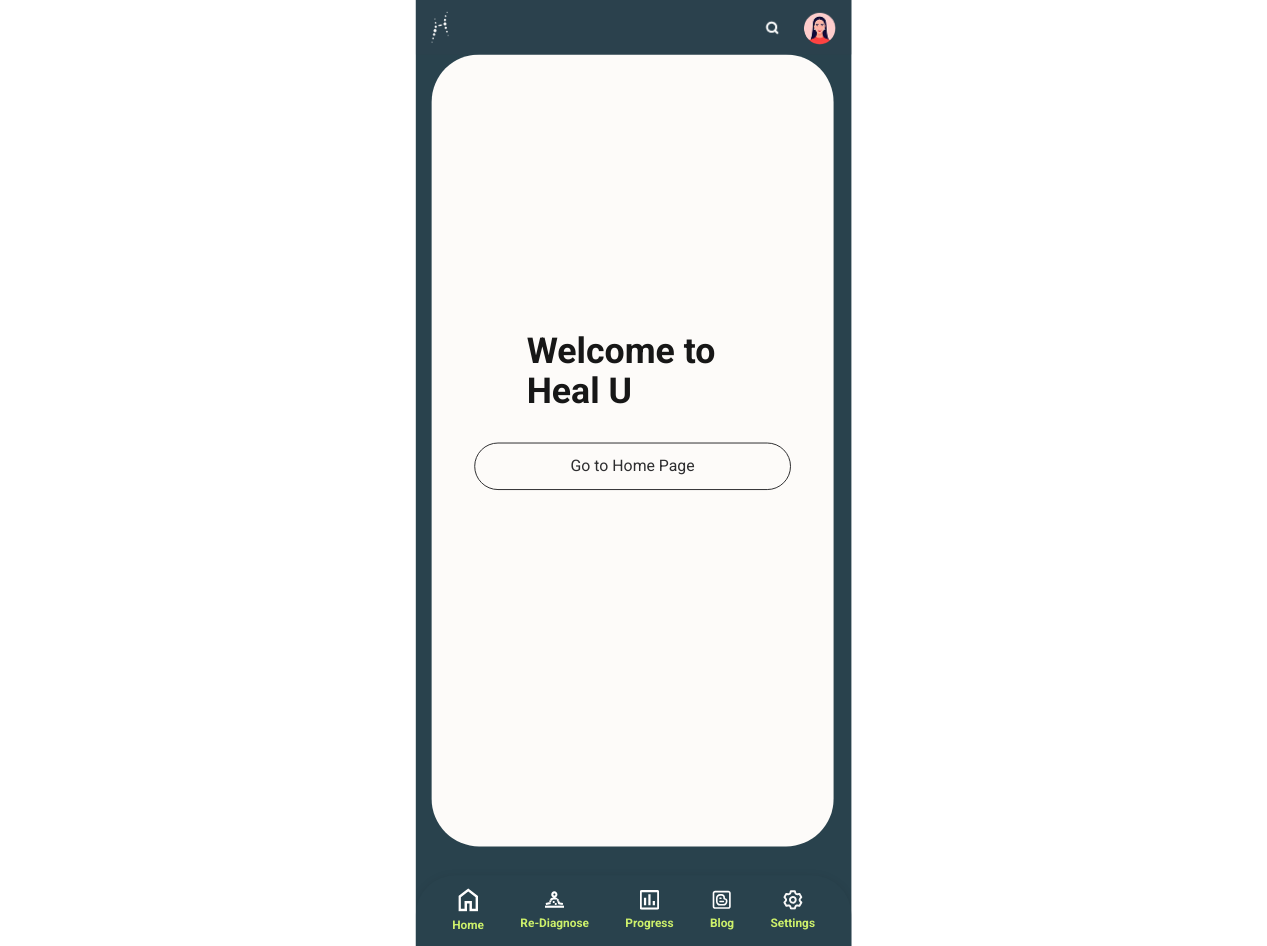
Repository: patcha-d3/heal_u
Page: /
The author's editor kept a copy of each file at every save. The page is drawn from the files as they stood at one save, then again after the next save.
The browser window is 1280 px wide. The pictures show the whole page, at 99% of full size.
The project was rebuilt for these pictures with package versions that can differ from the ones it lists, and the page was loaded fresh each time. The framework's server and built-in components were replaced by stand-ins that run in the browser. Also part of the build but not shown: next.config.js, next.config.mjs.

Above is the page before, as saved 2025-05-08 11:16:21.

### app/layout.js
"use client";

import { Geist, Geist_Mono } from "next/font/google";
import { Roboto } from "next/font/google";
import "./globals.css";
import { usePathname } from "next/navigation";

import Bottomnav from "../ui/Bottomnav/Bottomnav";
import TopNav from "../ui/Topnav/Topnav";

const geistSans = Geist({
	variable: "--font-geist-sans",
	subsets: ["latin"],
});

const geistMono = Geist_Mono({
	variable: "--font-geist-mono",
	subsets: ["latin"],
});

const roboto = Roboto({
	weight: ["300", "400", "500", "700"],
	subsets: ["latin"],
	display: "swap",
});

export default function RootLayout({ children }) {
	const pathname = usePathname();
	const showBottomNav = !pathname?.includes("/onboarding");

	return (
		<html lang='en'>
			<body
				className={`${geistSans.variable} ${geistMono.variable} ${roboto.className} antialiased`}
				suppressHydrationWarning
			>
				<div className='min-h-screen w-full flex items-center justify-center'>
					<div className='w-[440px] h-[956px] relative overflow-hidden flex flex-col bg-[#29424D]'>
						<TopNav />
						<main className='flex-1 overflow-y-auto'>
							<div className='w-[406px] h-[800px] bg-[#FDFBF9] mx-4 mb-4 rounded-[48px]'>
								{children}
							</div>
						</main>
						{showBottomNav && (
							<div className='absolute bottom-0 left-0 right-0'>
								<Bottomnav />
							</div>
						)}
					</div>
				</div>
			</body>
		</html>
	);
}

### app/page.js
"use client";

import React from "react";
import Link from "next/link";
import Button from "../ui/Button/Button";

export default function RootPage() {
	return (
		<main className='flex min-h-screen flex-col items-center justify-center p-24'>
			<h1 className='text-4xl font-bold mb-8'>
				Welcome to Heal U
			</h1>
			<Link href='/home'>
				<Button
					text='Go to Home Page'
					onClick={() => {}}
					fullWidth={false}
					outlined={true}
				/>
			</Link>
		</main>
	);
}

### ui/Bottomnav/Bottomnav.js
"use client";

import React from "react";
import Link from "next/link";
import { usePathname } from "next/navigation";
import styles from "./Bottomnav.module.css";
import Image from "next/image";

const menuItems = [
  { label: "Home", icon: "/icons/home.svg", path: "/" },
  { label: "Re-Diagnose", icon: "/icons/rediagnose.svg", path: "/re-diagnose" },
  { label: "Progress", icon: "/icons/progress.svg", path: "/progress" },
  { label: "Blog", icon: "/icons/blog.svg", path: "/blog" },
  { label: "Settings", icon: "/icons/settings.svg", path: "/settings" },
];

export default function MobileNavbar() {
  const pathname = usePathname();

  return (
    <nav className={styles.navbar}>
      {menuItems.map((item, index) => {
        const isActive = true;

        return (
          <Link href={item.path} key={index} className={styles.link}>
            <div className={styles.button}>
              <div
                className={`${styles.icon} ${
                  isActive ? styles.iconActive : ""
                }`}
              >
                <Image
                  src={item.icon}
                  alt={item.label}
                  width={20}
                  height={20}
                />
              </div>
              <span
                className={`${styles.label} ${
                  isActive ? styles.labelActive : styles.labelInactive
                }`}
              >
                {item.label}
              </span>
            </div>
          </Link>
        );
      })}
    </nav>
  );
}

### ui/Topnav/Topnav.js
"use client";

import React, { useState } from "react";
import styles from "./TopNav.module.css";

export default function TopNav() {
  const [showSearch, setShowSearch] = useState(false);
  const [hasNotification, setHasNotification] = useState(false);

  return (
    <header className={styles.topBar}>
      <a href="/" className={styles.logoContainer}>
        <img src="/logo.png" alt="Logo" className={styles.logoImg} />
      </a>

      <div className={styles.iconContainer}>
        <div className={styles.searchWrapper}>
          {showSearch && (
            <div className={styles.searchBox}>
              <input
                type="text"
                className={styles.searchInput}
                placeholder="Search..."
                autoFocus
              />
            </div>
          )}
          <img
            src="/search.png"
            alt="Search"
            className={`${styles.iconImg} ${showSearch ? styles.dark : ""}`}
            onClick={() => setShowSearch(!showSearch)}
          />
        </div>

        <div className={styles.avatarContainer}>
          <img
            src={hasNotification ? "/avatar-notification.png" : "/avatar.png"}
            alt="Avatar"
            className={styles.avatarImg}
          />
        </div>
      </div>
    </header>
  );
}

### ui/Button/Button.js
import React from "react";
import styles from "./Button.module.css";

const Button = ({
	text,
	onClick,
	icon,
	fullWidth = false,
	outlined = false,
	disabled = false,
	type = "button",
}) => {
	const classNames = [
		styles.button,
		fullWidth && styles.fullWidth,
		outlined && styles.outlined,
		disabled && styles.disabled,
	]
		.filter(Boolean)
		.join(" ");

	return (
		<button
			type={type}
			onClick={onClick}
			disabled={disabled}
			className={classNames}
		>
			<span className={styles.text}>{text}</span>
			{icon && <span className={styles.icon}>{icon}</span>}
		</button>
	);
};

export default Button;

### ui/Bottomnav/Bottomnav.module.css
/* navbar */
.navbar {
  position: relative;
  bottom: 0;
  left: 0;
  right: 0;
  display: flex;
  justify-content: space-evenly;
  align-items: center;
  background-color: #29424d;
  padding: 8px 0;
  box-shadow: 0 2px 10px rgba(0, 0, 0, 0.1);
  max-width: 440px;
  height: 72px;
  border-radius: 40px 40px 0 0;
  margin: 0 auto;
}

.link {
  text-decoration: none;
  color: inherit;
}

.button {
  display: flex;
  flex-direction: column;
  align-items: center;
  gap: 4px;
}

.icon {
  font-size: 24px;
}

.iconActive {
  stroke: #cdf06b;
}

.label {
  font-size: 12px;
  transition: all 0.2s ease;
}

.labelActive {
  font-weight: 800;
  color: #cdf06b;
}

.labelInactive {
  font-weight: 600;
  color: white;
}

/* Test page styles */
.testContainer {
  padding: 2rem;
  max-width: 440px;
  margin: 0 auto;
}

.testContent {
  display: flex;
  flex-direction: column;
  gap: 3rem;
}

.testSection {
  background: #f5f5f5;
  padding: 2rem;
  border-radius: 8px;
}

.testFrame {
  position: relative;
  height: 400px;
  border: 1px solid #ddd;
  border-radius: 8px;
  overflow: hidden;
  margin-top: 1rem;
}

.scrollContent {
  height: 100%;
  overflow-y: auto;
  padding: 1rem;
  padding-bottom: 80px; /* Space for the bottom nav */
}

.scrollContent p {
  margin: 1rem 0;
  padding: 0.5rem;
  background: white;
  border-radius: 4px;
  box-shadow: 0 1px 3px rgba(0, 0, 0, 0.1);
}

### ui/Topnav/Topnav.module.css
.topBar {
    width: 440px;
    height: 55px;
    background-color: #2b414d;
    display: flex;
    align-items: center;
    justify-content: space-between;
    padding: 0 16px;
    margin: 0 auto;
    box-sizing: border-box;
  }

  .logoImg {
    height: 30.56px;
    cursor: pointer;
  }

  .iconContainer {
    display: flex;
    align-items: center;
    gap: 16px;
  }

  .searchWrapper {
    display: flex;
    align-items: center;
    gap: 8px;
    position: relative;
  }

  .searchBox {
    background-color: white;
    width: 226px;
    height: 32px;
    border-radius: 24px;
    display: flex;
    align-items: center;
    padding: 0 5px;
    gap: 8px;
    transition: all 0.3s ease;
  }

  .searchInput {
    flex: 1;
    border: none;
    outline: none;
    font-size: 16px;
    background-color: transparent;
  }

  .iconImg {
    width: 32px;
    height: 32px;
    cursor: pointer;
    filter: brightness(200);
    transition: filter 0.3s ease;
  }

  .iconImg.dark {
    filter: brightness(0);
  }

  .avatarContainer {
    width: 32px;
    height: 34px;
    border-radius: 50%;
    overflow: hidden;
  }

  .avatarImg {
    width: 100%;
    height: 100%;
    object-fit: cover;
  }

### ui/Button/Button.module.css
.button {
	position: relative;
	display: flex;
	align-items: center;
	justify-content: center;
	height: 48px;
	width: 320px;
	border-radius: 24px;
	background-color: #29424d;
	border: 1px solid black;
	padding: 0 12px;
	font-family: "Roboto", sans-serif;
	font-size: 16px;
	line-height: 24px;
	color: white;
	transition: background-color 0.3s, color 0.3s;
}

.button:hover:not(.disabled) {
	background-color: #cdf06b;
	color: black;
}

.text {
	flex: 1;
	text-align: center;
}

.icon {
	position: absolute;
	right: 12px;
	display: flex;
	align-items: center;
}

.outlined {
	background-color: transparent;
	border: 1px solid #2e2e30;
	color: #2e2e30;
}

.outlined:hover:not(.disabled) {
	background-color: #cdf06b;
	color: #29424d;
}

.disabled {
	opacity: 0.5;
	cursor: not-allowed;
}

Loaded but not shown: app/globals.css (common file)

After the next save:
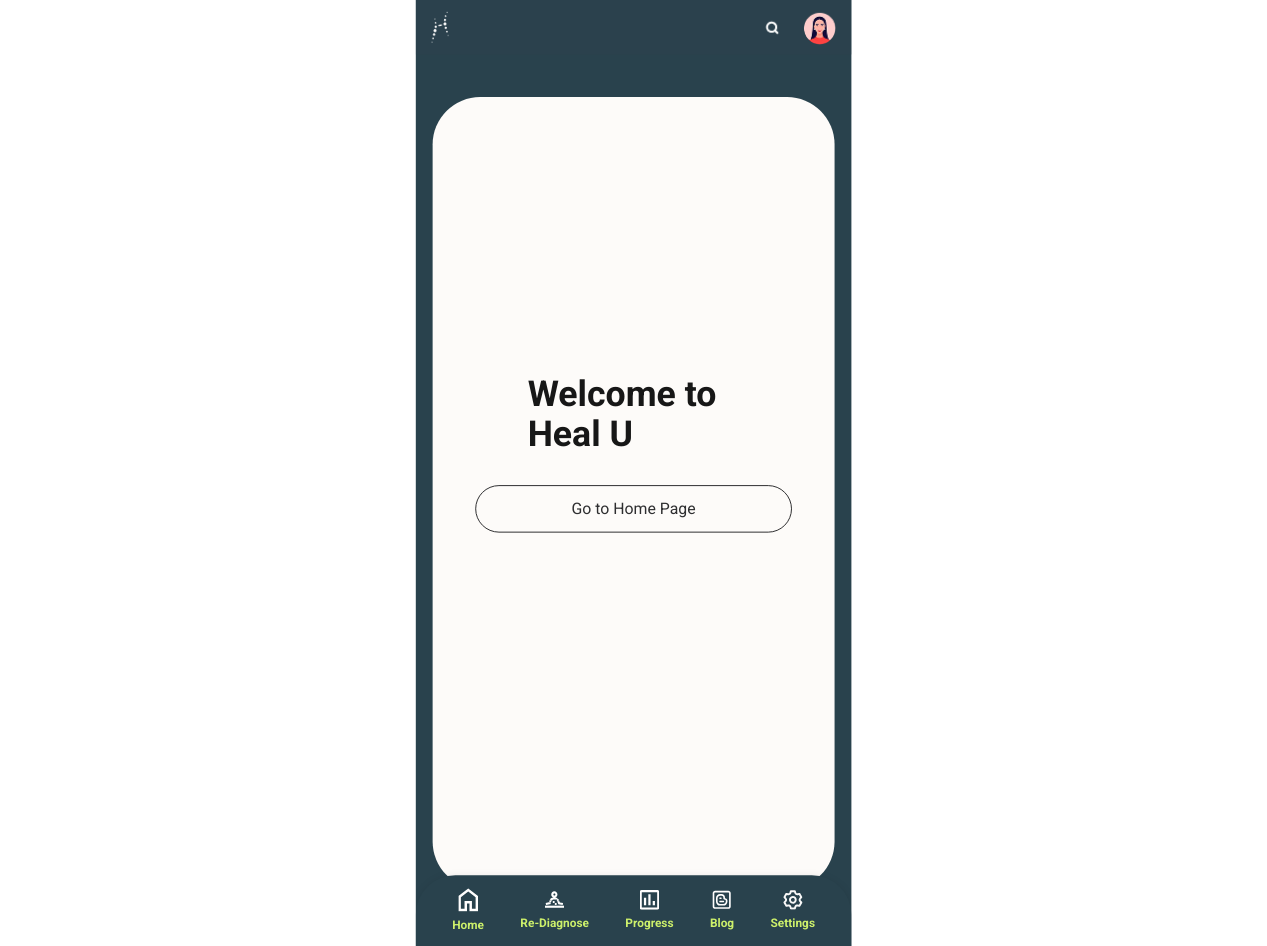
Saved 27 s later.
--- a/app/layout.js
+++ b/app/layout.js
@@ -37,7 +37,7 @@ export default function RootLayout({ children }) {
 				<div className='min-h-screen w-full flex items-center justify-center'>
 					<div className='w-[440px] h-[956px] relative overflow-hidden flex flex-col bg-[#29424D]'>
 						<TopNav />
-						<main className='flex-1 overflow-y-auto'>
+						<main className='flex-1 overflow-y-auto flex items-center justify-center'>
 							<div className='w-[406px] h-[800px] bg-[#FDFBF9] mx-4 mb-4 rounded-[48px]'>
 								{children}
 							</div>
